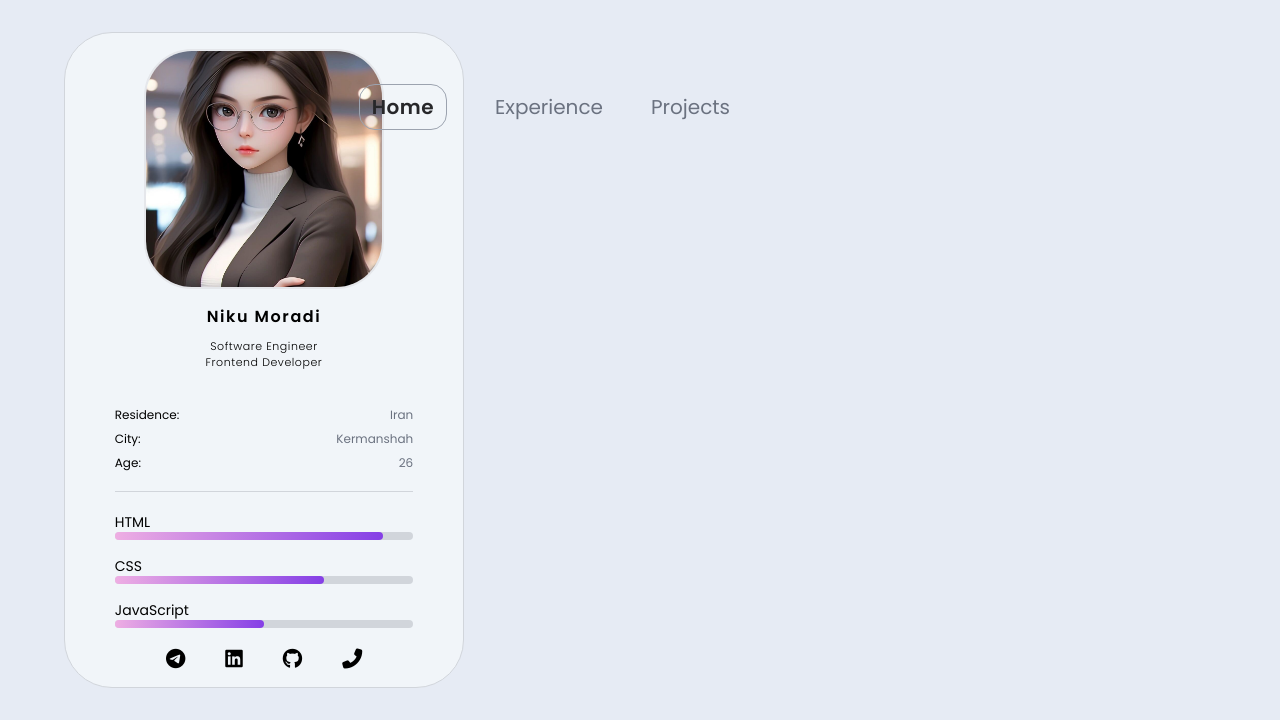
Repository: NikuMoradi/niku-moradi
Page: /
The author's editor kept a copy of each file at every save. The page is drawn from the files as they stood at one save, then again after a run of saves.
The browser window is 1280 px wide. The pictures show the whole page.
The project was rebuilt for these pictures with package versions that can differ from the ones it lists, and the page was loaded fresh each time. The framework's server and built-in components were replaced by stand-ins that run in the browser. Also part of the build but not shown: nuxt.config.ts, components/Blog Posts/Component-Design.vue, components/Blog.vue, components/Contact.vue, components/Education.vue, components/Experience.vue, components/Hero.vue, components/Menu.vue and 3 more.

Above is the page before, as saved 2024-12-01 11:39:50.

### assets/css/main.css
@tailwind base;
@tailwind components;
@tailwind utilities;
@layer base {
  body {
    background-color: #e6ebf4;
  }
}

@layer utilities {
  .bg-primary-gradient {
    background: linear-gradient(
      90deg,
      rgba(238, 174, 227, 1) 0%,
      rgb(133, 63, 230) 100%
    );
  }

  .text-primary-gradient {
    background: linear-gradient(
      90deg,
      rgba(238, 174, 227, 1) 0%,
      rgb(133, 63, 230) 100%
    );
  }
}

### components/LeftPanel.vue
<template>
  <div
    class="text-black w-[400px] flex flex-col items-center bg-slate-100 border border-gray-300 rounded-4xl"
    style="height: calc(100vh - 4rem)"
  >
    <!-- Header-->
    <div class="w-full py-4 flex flex-col items-center justify-center">
      <img
        src="../assets/img/photo_2024-11-28_10-37-05.jpg"
        alt="Profile Picture"
        class="w-60 h-60 mb-5 border-2 object-cover object-center rounded-4xl"
      />
      <h2
        class="text-[16px] font-semibold tracking-widest leading-[16.8px] mb-3"
      >
        Niku Moradi
      </h2>
      <p class="text-[11px] font-light tracking-wider leading-[16.5px]">
        Software Engineer
      </p>
      <p class="text-[11px] font-light tracking-wider leading-[16.5px]">
        Frontend Developer
      </p>
    </div>

    <!-- middle -->
    <div class="w-3/4 flex flex-col overflow-y-auto scrollbar-hide">
      <!-- table -->
      <div class="py-5 text-xs border-b border-gray-300 mb-5">
        <ul class="space-y-2">
          <li class="flex justify-between">
            <h6>Residence:</h6>
            <span class="text-gray-500">Iran</span>
          </li>
          <li class="flex justify-between">
            <h6>City:</h6>
            <span class="text-gray-500">Kermanshah</span>
          </li>
          <li class="flex justify-between">
            <h6>Age:</h6>
            <span class="text-gray-500">26</span>
          </li>
        </ul>
      </div>
      <!-- Skill Bars -->
      <div class="space-y-4 pb-5 border-b border-gray-300 mb-5">
        <div>
          <label class="block text-sm">HTML</label>
          <div class="w-full bg-gray-300 h-2 rounded-full">
            <div class="bg-primary-gradient h-2 rounded-full w-[90%]"></div>
          </div>
        </div>
        <div>
          <label class="block text-sm">CSS</label>
          <div class="w-full bg-gray-300 h-2 rounded-full">
            <div class="bg-primary-gradient h-2 rounded-full w-[70%]"></div>
          </div>
        </div>
        <div>
          <label class="block text-sm">JavaScript</label>
          <div class="w-full bg-gray-300 h-2 rounded-full">
            <div class="bg-primary-gradient h-2 rounded-full w-[50%]"></div>
          </div>
        </div>
        <div>
          <label class="block text-sm">Vue.js</label>
          <div class="w-full bg-gray-300 h-2 rounded-full">
            <div class="bg-primary-gradient h-2 rounded-full w-[50%]"></div>
          </div>
        </div>
        <div>
          <label class="block text-sm">Nuxt.js</label>
          <div class="w-full bg-gray-300 h-2 rounded-full">
            <div class="bg-primary-gradient h-2 rounded-full w-[40%]"></div>
          </div>
        </div>
        <div>
          <label class="block text-sm">Quasar</label>
          <div class="w-full bg-gray-300 h-2 rounded-full">
            <div class="bg-primary-gradient h-2 rounded-full w-[70%]"></div>
          </div>
        </div>
        <div>
          <label class="block text-sm">Tailwind</label>
          <div class="w-full bg-gray-300 h-2 rounded-full">
            <div class="bg-primary-gradient h-2 rounded-full w-[60%]"></div>
          </div>
        </div>
      </div>
      <!-- General Skills -->
      <ul
        class="text-gray-500 text-[11px] font-light tracking-wider space-y-2 mb-5"
      >
        <li class="flex items-center">
          <i class="fas fa-check fa-xs text-fuchsia-600 mr-2"></i>
          English Level B2
        </li>
        <li class="flex items-center">
          <i class="fas fa-check fa-xs text-fuchsia-600 mr-2"></i>
          Git Knowledge
        </li>
        <li class="flex items-center">
          <i class="fas fa-check fa-xs text-fuchsia-600 mr-2"></i>
          Design Patterns
        </li>
      </ul>
    </div>

    <!-- Social Links -->
    <div class="w-full py-4 text-center mt-auto">
      <div class="space-x-10">
        <a
          href="https://t.me/yourusername"
          target="_blank"
          class="hover:text-blue-400"
        >
          <i class="fab fa-telegram fa-lg"></i>
        </a>
        <a
          href="https://linkedin.com/in/yourusername"
          target="_blank"
          class="hover:text-blue-600"
        >
          <i class="fab fa-linkedin fa-lg"></i>
        </a>
        <a
          href="https://github.com/yourusername"
          target="_blank"
          class="hover:text-gray-700"
        >
          <i class="fab fa-github fa-lg"></i>
        </a>
        <a href="tel:+1234567890" class="hover:text-green-400">
          <i class="fas fa-phone-alt fa-lg"></i>
        </a>
      </div>
    </div>
  </div>
</template>

### components/Navbar.vue
<template>
  <div
    class="flex items-center px-3 py-1 space-x-12 fixed top-20 right-20 w-2/3"
  >
    <!-- About -->
    <div
      class="py-2 px-3 border border-gray-400 rounded-2xl font-semibold tracking-wide text-xl text-zinc-800"
    >
      <NuxtLink to="/about"> Home </NuxtLink>
    </div>

    <!-- Experience -->
    <div class="text-gray-500 text-xl">
      <NuxtLink to="/experience"> Experience </NuxtLink>
    </div>

    <!-- Projects -->
    <div class="text-gray-500 text-xl">
      <NuxtLink to="/projects"> Projects </NuxtLink>
    </div>
    <!-- Blog -->
  </div>
</template>

### layouts/default.vue
<template>
  <div class="w-6xl min-h-screen flex items-center px-16">
    <LeftPanel />
    <Navbar />
    <!-- Fixed Width Centered Card -->
    <!-- <div
      class="w-full max-w-5xl overflow-hidden z-10"
      style="height: calc(100vh)"
    > -->
    <!-- Scrollable Content -->
    <!-- <div class="overflow-y-auto h-full scrollbar-hide"> -->
    <NuxtPage />
    <!-- </div> -->
    <!-- </div> -->
  </div>
</template>

<style scoped></style>

### app.vue
<!-- The app.vue is just holding the layout container and serving as the root.
 The default.vue layout handles the overall structure of the page.
All content from your pages will automatically be placed inside the NuxtPage slot of the layout.-->
<template>
  <NuxtLayout />
</template>

### pages/index.vue
<template></template>

<style></style>

### tailwind.config.js
/** @type {import('tailwindcss').Config} */
export default {
  content: [
    "./components/**/*.{js,vue,ts}",
    "./layouts/**/*.vue",
    "./pages/**/*.vue",
    "./plugins/**/*.{js,ts}",
    "./app.vue",
    "./error.vue",
  ],
  theme: {
    extend: {
      fontFamily: {
        sans: ["Poppins", "sans-serif"],
      },
      borderRadius: {
        "4xl": "3rem", // Custom rounded size
      },
    },
  },
  plugins: [require("tailwind-scrollbar-hide")],
};

Loaded but not shown: plugins/aos.client.js (no copy from this time; the picture is the same without it)

After the next 2 saves:
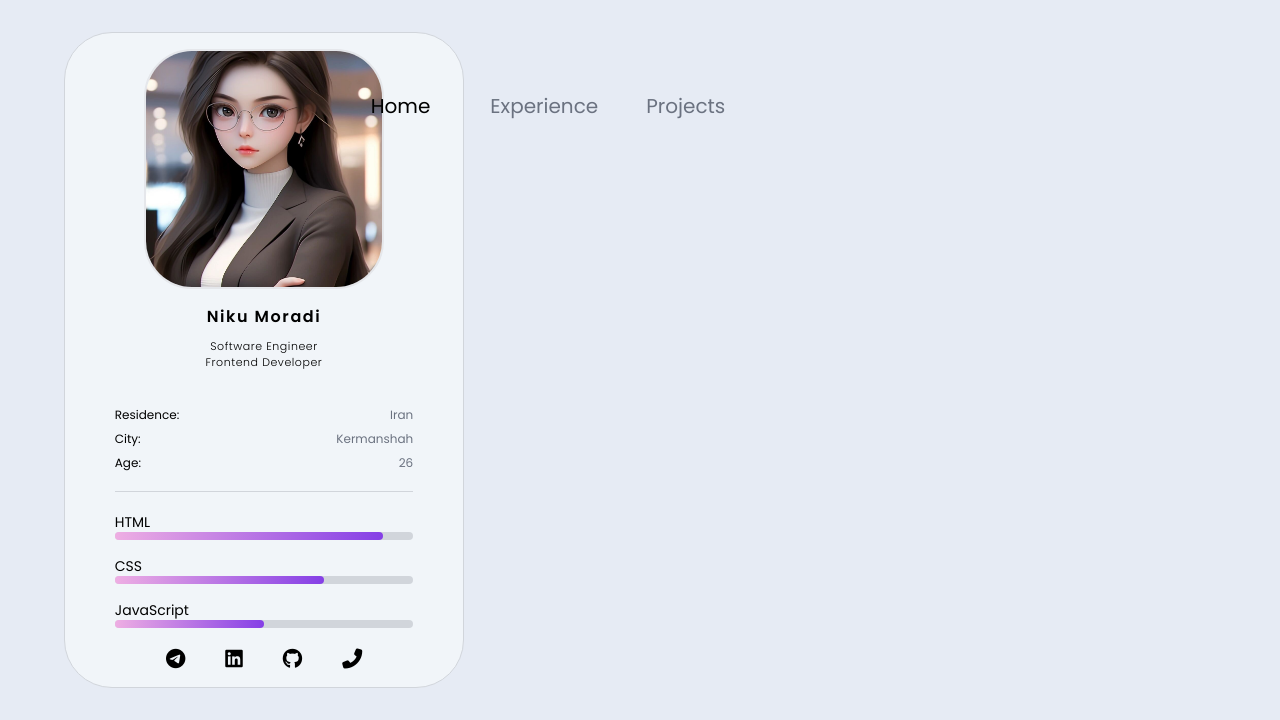
The 2 saves are shown as one change because they came seconds apart.
The last was saved 97 s later.
--- a/components/Navbar.vue
+++ b/components/Navbar.vue
@@ -4,7 +4,8 @@
   >
     <!-- About -->
     <div
-      class="py-2 px-3 border border-gray-400 rounded-2xl font-semibold tracking-wide text-xl text-zinc-800"
+      class="py-2 px-3 text-xl"
+      exact-active-link="border border-gray-400 rounded-2xl font-semibold tracking-wide text-zinc-800"
     >
       <NuxtLink to="/about"> Home </NuxtLink>
     </div>

After the 2 saves that followed:
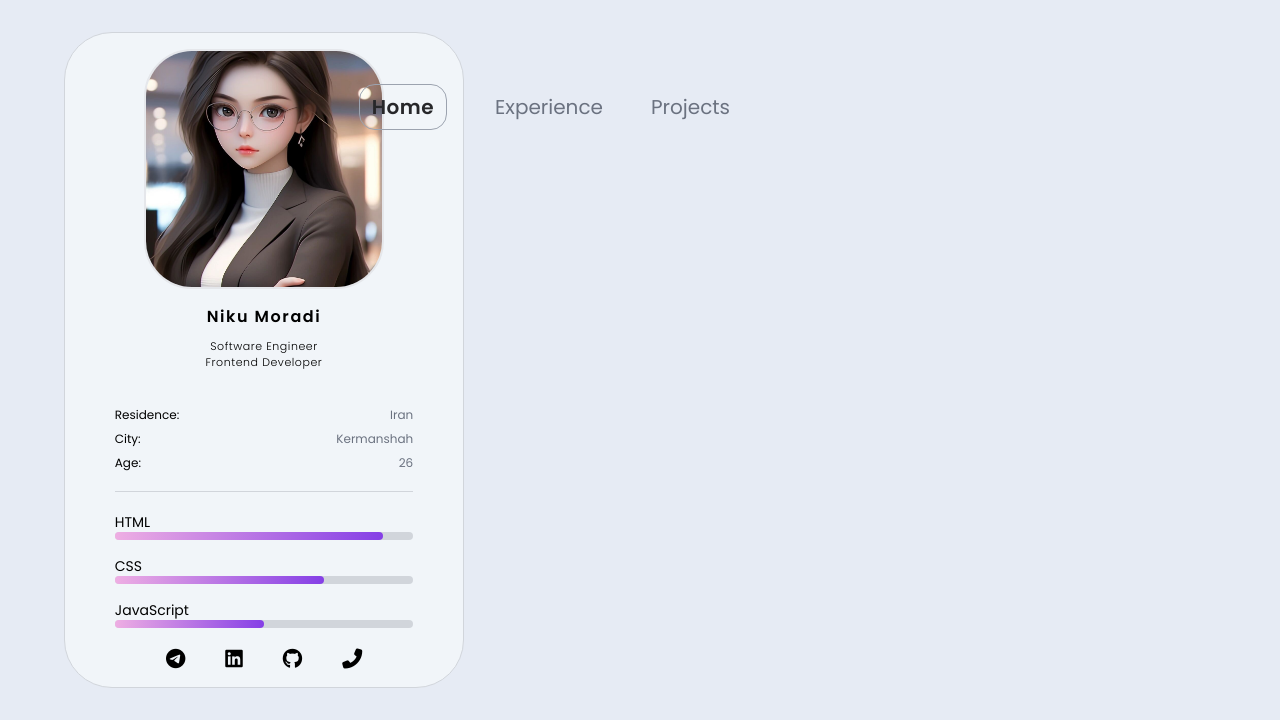
The 2 saves are shown as one change because 1 left the picture as it was.
The last was saved 67 s later.
--- a/components/Navbar.vue
+++ b/components/Navbar.vue
@@ -4,8 +4,8 @@
   >
     <!-- About -->
     <div
-      class="py-2 px-3 text-xl"
-      exact-active-link="border border-gray-400 rounded-2xl font-semibold tracking-wide text-zinc-800"
+      class="py-2 px-3 text-xl border border-gray-400 rounded-2xl font-semibold tracking-wide text-zinc-800"
+      exact-active-class=""
     >
       <NuxtLink to="/about"> Home </NuxtLink>
     </div>
